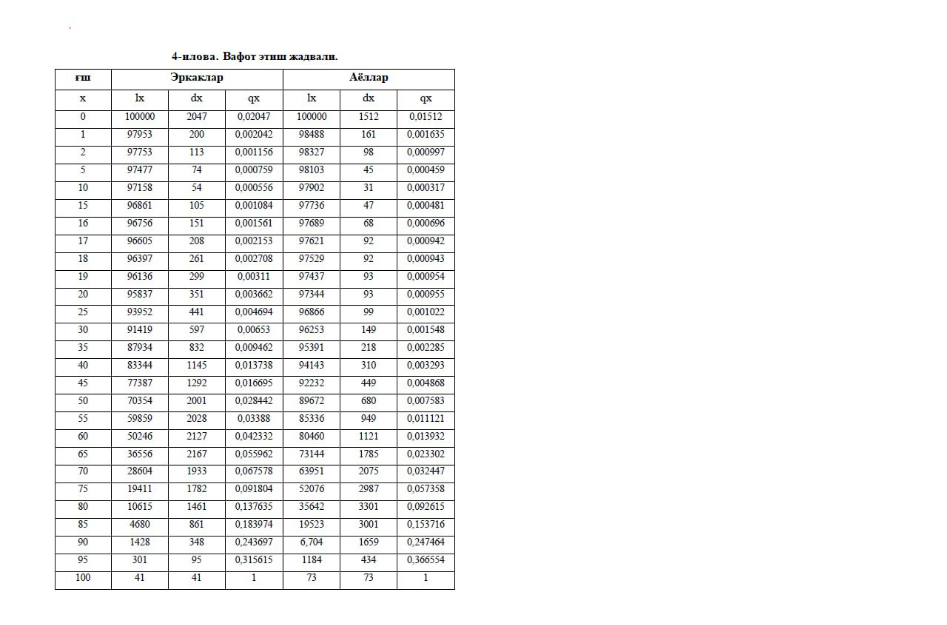
Repository: Ikromkhurozov/exam-inst
Page: index.html
An editor plug-in stored every save of this project. The page is shown before and after the next save, followed by the edit.
The browser window is 1280 px wide. The pictures show the whole page, at 74% of full size.

Above is the page before, as saved 2023-05-25 12:16:06.

After the next save:
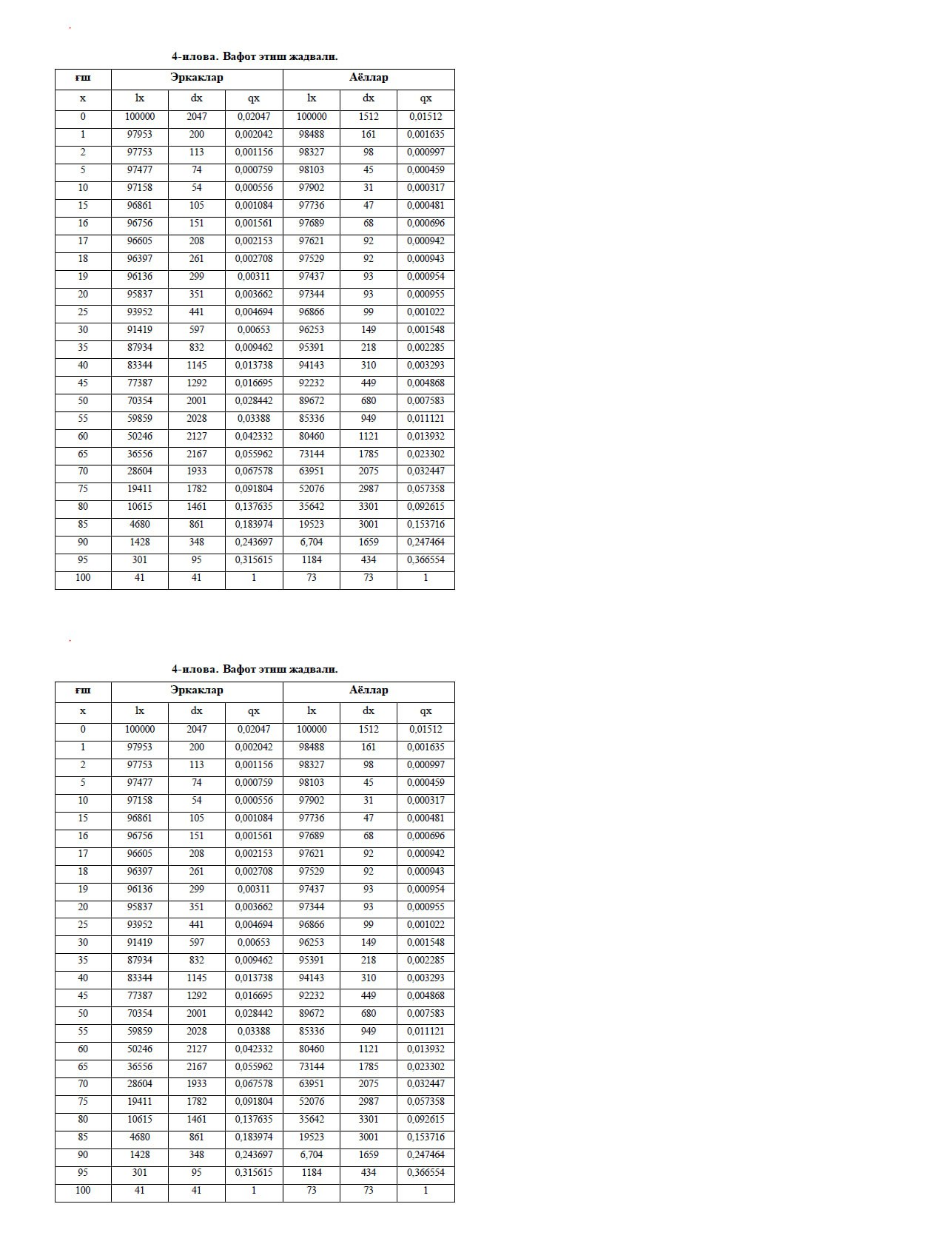
Saved 12 s later.
--- a/index.html
+++ b/index.html
@@ -15,6 +15,9 @@
 <body>
 
   <img src="/p1.jpg" alt="p1">
+  <img src="/p1.jpg" alt="p1">
+
+
 
 
 </body>
